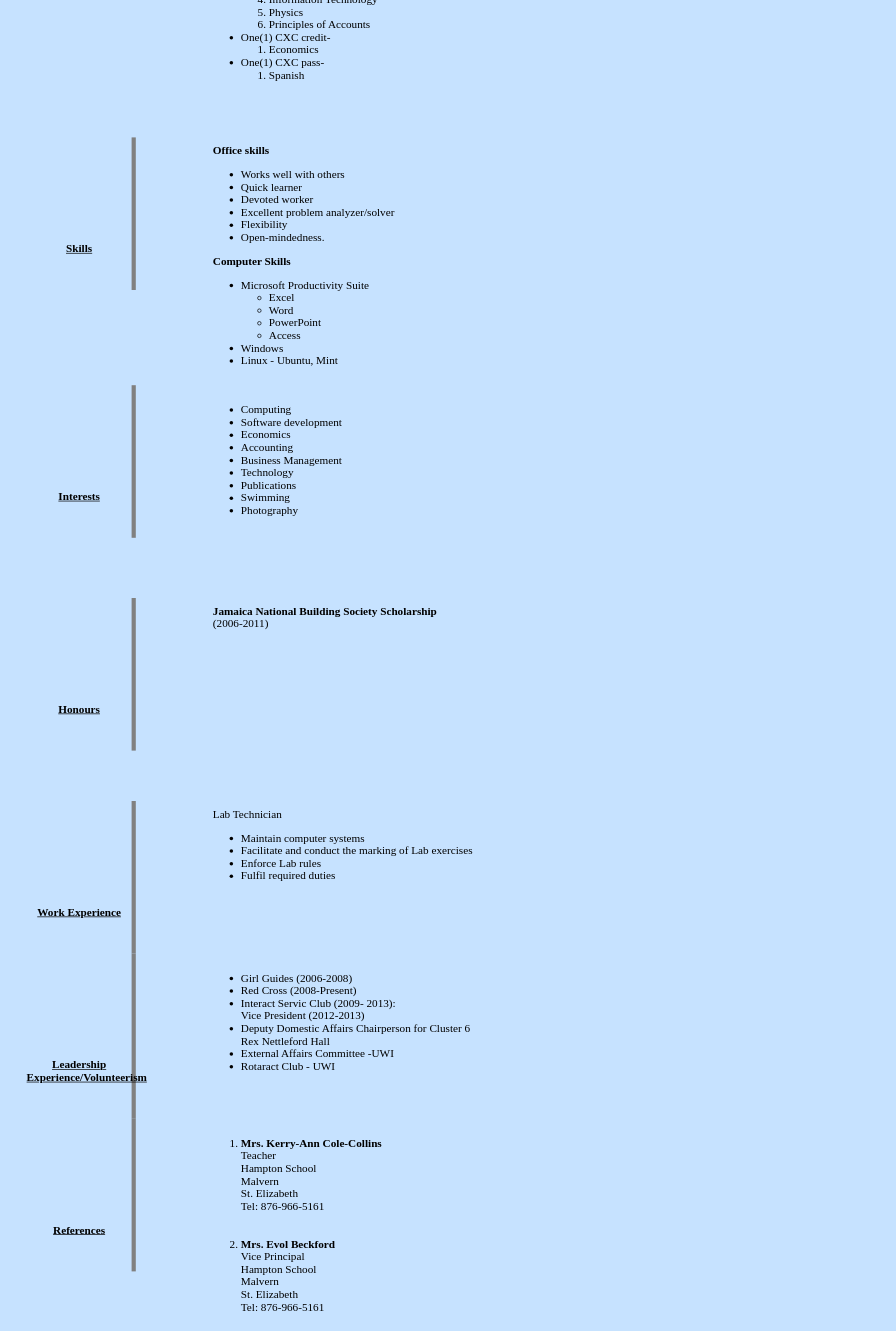
Repository: kernicole/kernicole.github.io
Page: resume2.html
The author's editor kept a record of every edit. The page is drawn from the files as they stood at one moment, then again after the next edit.
The browser window is 1280 px wide. The pictures show the part of the page from y = 866 to 2786 px (the page is 2768 px tall before and 2786 px after), at 70% of full size.

Above is the page before.

### resume2.html
<!DOCTYPE html>

<html>

<head>

   <link type="text/css" rel="stylesheet" href="stylesheet.css"/>

  <title>

      Kerry-Ann's Resume

 </title>

</head>

 <body>

 <div id="header">
 <h2> Kerry-Ann Lewis </h2>
 </div>
    <div id="pic">  <img src="gradpic3.JPG"/> </div>
    <div id ="details">
    <p><strong>Cell:5689836</strong> <br/>

    <strong>Email:</strong> kerry.nicole.lewis@gmail.com </p>
    <p>  I am a second year student at the University of the West Indies,
     Mona Campus, pursuing a Bachelors of Science degree in
     Computer Science with a minor in Economics. I am a fast learner
     as I am eager to learn and work. I am a polite, hardworking,
     focused mature and disciplined individual who strives for success.
     I would like to become a systems analyst/software programmer
     as I have a passion for finding and providing a solution to any given problem.
     <br/>
     <br/>
         <span class="head2"> Objectives:</span>
         To gain knowledge, experience, and understanding of different fields of work.
         To become aware of different modes of work operations
         to help in pursuing a successful career as a systems analyst, software developer,
         economist and entrepreneur.
     </p> </div>


<div class="left">  <span class="head"> Education </span> </div>
<div class="right">
   <strong> University of the West Indies, Mona </strong>  (2013- Present)
       <p><strong> Major: </strong> Computer Science<br>
       <strong> Minor: </strong> Economics </p>
       <br>


       <p> <strong> Hampton School for Girls, St. Elizabeth</strong>  (2006-2013) </p>
       <p><strong> Associate Degree in General Science </strong> <br>
        <ul>
         <li> Four(4) CAPE distinctions- <ol><li>Communication Studies</li>
        			            <li>Information Technology Unit 1 </li>
        			           <li>Economics  Unit 1 </li>
        			            <li>Economics Unit 2 </li> </ol> </li>
             <li>  Four(4) CAPE credits- <ol> <li>Caribbean Studies </li>
                                                <li> Information Technology Unit 2 </li>
                                                <li>  Physics Unit 1 </li>
                                                <li> Physics Unit 2  </li>
                                                </ol> </li>
 			<li>Six (6) CXC distinctions-<ol> <li>Mathematics </li>
 			                          <li> English </li>
                                      <li>Biology </li>
                                      <li>Information Technology </li>
                                      <li>Physics</li>
                                    <li>Principles of Accounts </li> </ol> </li>
            <li> One(1) CXC credit- <ol><li> Economics </li> </ol> </li>
		   <li> One(1) CXC pass-<ol><li>Spanish </li></ol> </li>

        </ul>
        <br/>
        <br/>
        <br/>
</div>

<div class="left">
<span class="head"> Skills       </span>
</div>

<div class="right"> <span class="head2">  Office skills </span>
<ul>
      <li>Works well with others </li>
      <li>Quick learner</li>
      <li>Devoted worker</li>
      <li>Excellent problem analyzer/solver</li>
      <li>Flexibility</li>
      <li>Open-mindedness. </li>
          </ul>
       <span class="head2">Computer Skills</span>
          <ul>
          <li>Microsoft Productivity Suite
               <ul>
               <li> Excel </li>
               <li>Word </li>
               <li>PowerPoint</li>
               <li>Access </li>
               </ul> </li>
          <li>Windows</li>
          <li>Linux - Ubuntu, Mint</li>
          </ul>
      </div>


<div>
<div class="left"> <span class="head"> Interests </span></div>

<div class="right"> <ul> <li>Computing</li>
                     <li>Software development</li>
                     <li>Economics</li>
                    <li>Accounting </li>
                    <li>Business Management</li>
                    <li>Technology</li>
                    <li>Publications</li>
                     <li>Swimming </li>
                    <li>Photography </li>
                    </ul>
                    <br/>
                    <br/>
                    <br/><br/><br/>
 </div>   </div>
<div>

<div class="left"> <span class="head"> Honours </span> </div>
<div class="right">  <strong> Jamaica National Building Society Scholarship </strong>
                                            <br/>  (2006-2011)
                                            <br/>
                                            <br/>
                                            <br/>
                                            <br/>
                                            <br/>
                                            <br/>
                                            <br/>
                                            <br/>
                                            <Br/>
                                            <br/>
                                            <br/>
                                            <br/>
                                            <br/>
                                            <br/>

</div >

<div class="left"> <span class="head"> Work Experience </span> </div>
<div class="right"> Lab Technician
                      <ul> <li>Maintain computer systems</li>
                          <li> Facilitate and conduct the marking of Lab exercises </li>
                          <li> Enforce Lab rules</li>
                          <li> Fulfil required duties</li>
                      </ul></div>
<div class="left"> <span class="head"> Leadership Experience/Volunteerism </span> </div>
<div class="right"> <ul>
                     <li>Girl Guides (2006-2008)</li>
                         <li> Red Cross (2008-Present) </li>
                         <li> Interact Servic Club (2009- 2013): <br />
                              Vice President (2012-2013)</li>
                        <li> Deputy Domestic Affairs Chairperson for Cluster 6 <br /> Rex Nettleford Hall</li>
                        <li>External Affairs Committee -UWI </li>
                        <li> Rotaract Club - UWI </li></ul> </div>
<div class="left"> <span class="head"> References </span></div>
<div class="right"> <ol> <li> <span class="ref">Mrs. Kerry-Ann Cole-Collins  </span>
                      <br/> Teacher
                      <br/> Hampton School
                      <br/> Malvern
                      <br/> St. Elizabeth
                      <br/> Tel: 876-966-5161
                      </li>
                      <br/>
                      <br/>
                      <li> <span class="ref"> Mrs. Evol Beckford </span>
                      <br/> Vice Principal
                      <br/> Hampton School
                      <br/> Malvern
                      <br/> St. Elizabeth
                      <br/> Tel: 876-966-5161
                      </li>
</ol> </div>


</body>

</html>

### stylesheet.css
body {
    background-color:#c6e2ff;
}

img{
    height:200px;

}

.head{
    text-decoration:underline;
    font-weight: bold;
}

.right{

    float: left;
	height: auto;
	width:auto;
	margin-left: 10px;
	padding-top:10px;
	padding-bottom:10px;

}

.left{
    clear:left;
	float: left;
	width:150px;
	margin-right:100px;
	margin-left:30px;
	 text-align: center;
	 padding-top:150px;
	 border-right: 6px solid gray;
	 padding-bottom:50px;

}
#breakline {
    width:900px;
    height:10px;
}

.header{
    float:left;
	margin-bottom:12px;
}

#details{
    border-top:3px solid gray;
    clear:left;
	height:auto;
	width:400px;
}
#pic{
    position:absolute;
	margin-left:500px;
}

.head2{
    font-weight:bold;
}

.ref{
	font-weight:bold;
}
#ref li{
	margin-bottom:30px;
}

After the next edit:
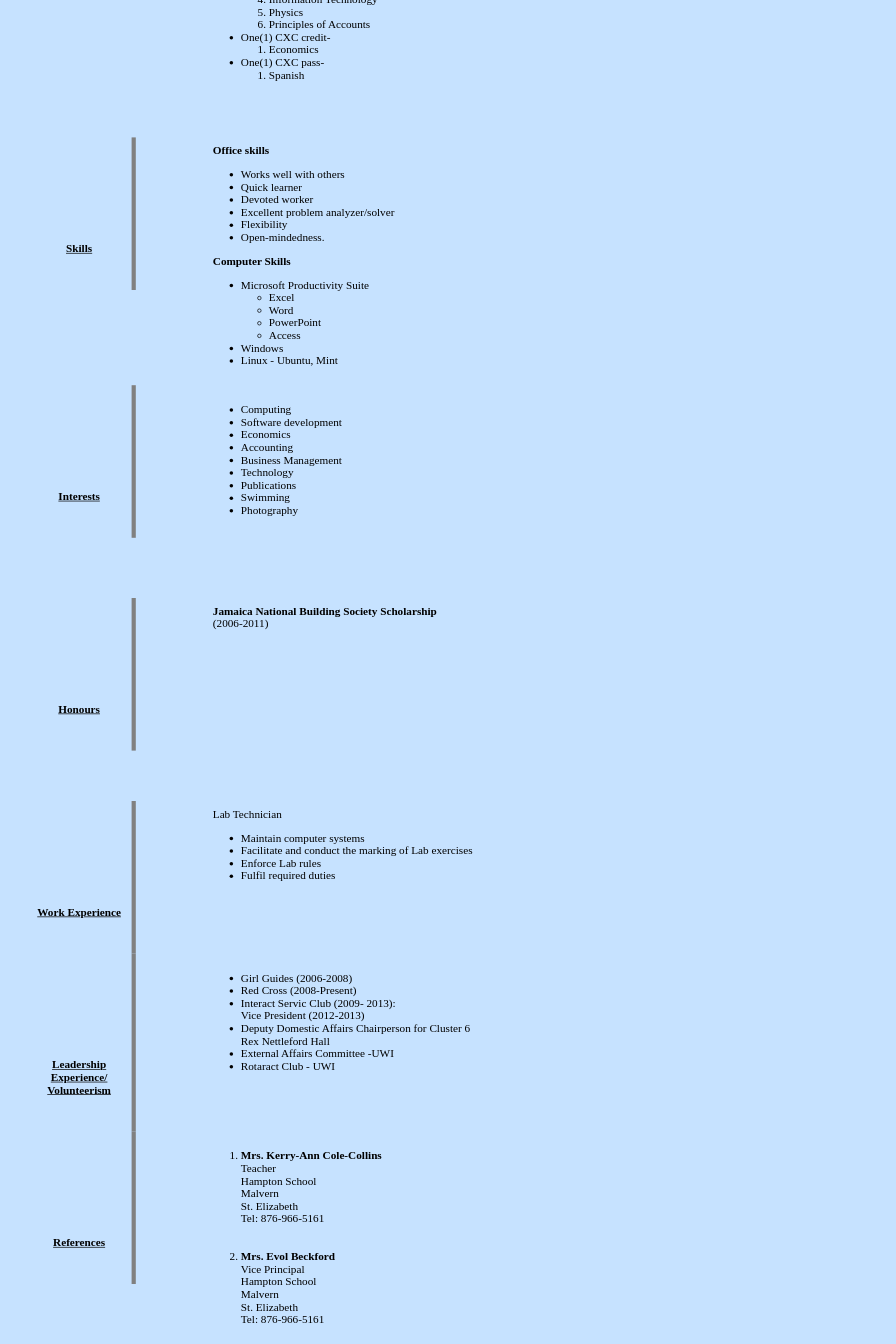
The edit:
--- a/resume2.html
+++ b/resume2.html
@@ -150,7 +150,7 @@
                           <li> Enforce Lab rules</li>
                           <li> Fulfil required duties</li>
                       </ul></div>
-<div class="left"> <span class="head"> Leadership Experience/Volunteerism </span> </div>
+<div class="left"> <span class="head"> Leadership Experience/<br/>Volunteerism </span> </div>
 <div class="right"> <ul>
                      <li>Girl Guides (2006-2008)</li>
                          <li> Red Cross (2008-Present) </li>
